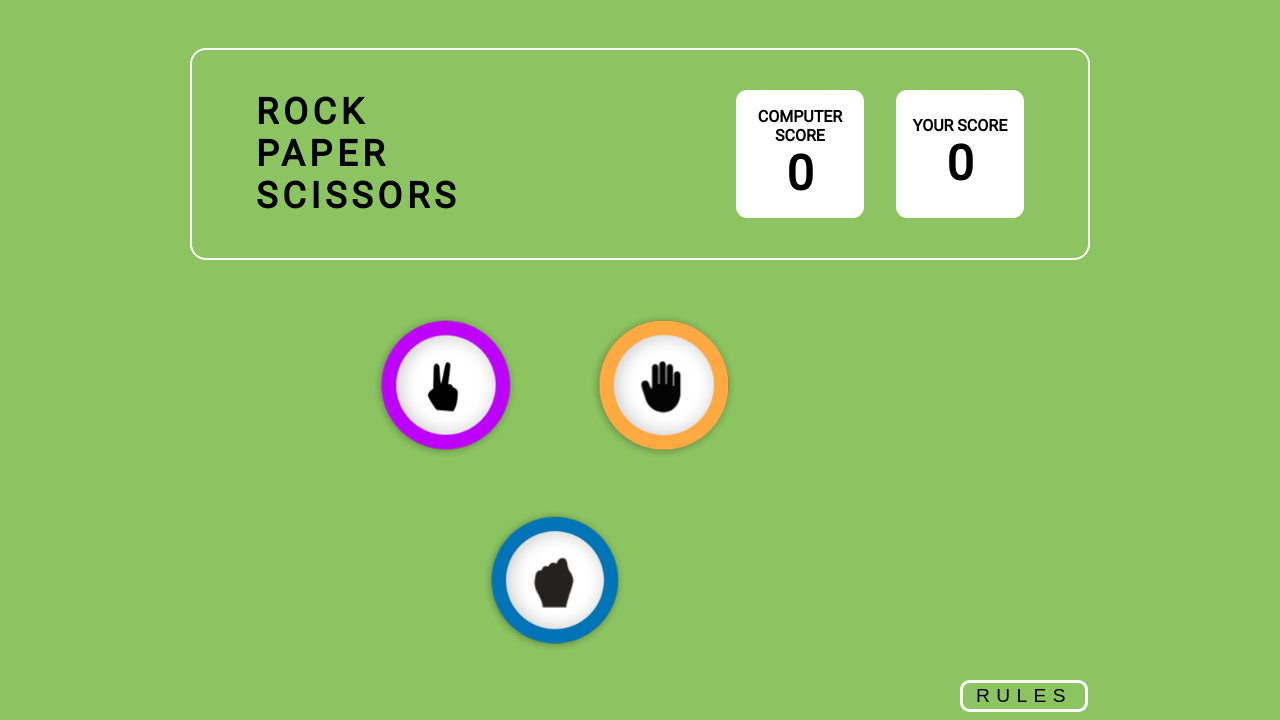
Repository: drumsmanku/Major-module-project-1
Page: index.html
The author's editor kept a copy of each file at every save. The page is drawn from the files as they stood at one save, then again after the next save.
The browser window is 1280 px wide. The pictures show the whole page.

Above is the page before, as saved 2023-04-29 22:22:02.

After the next save:
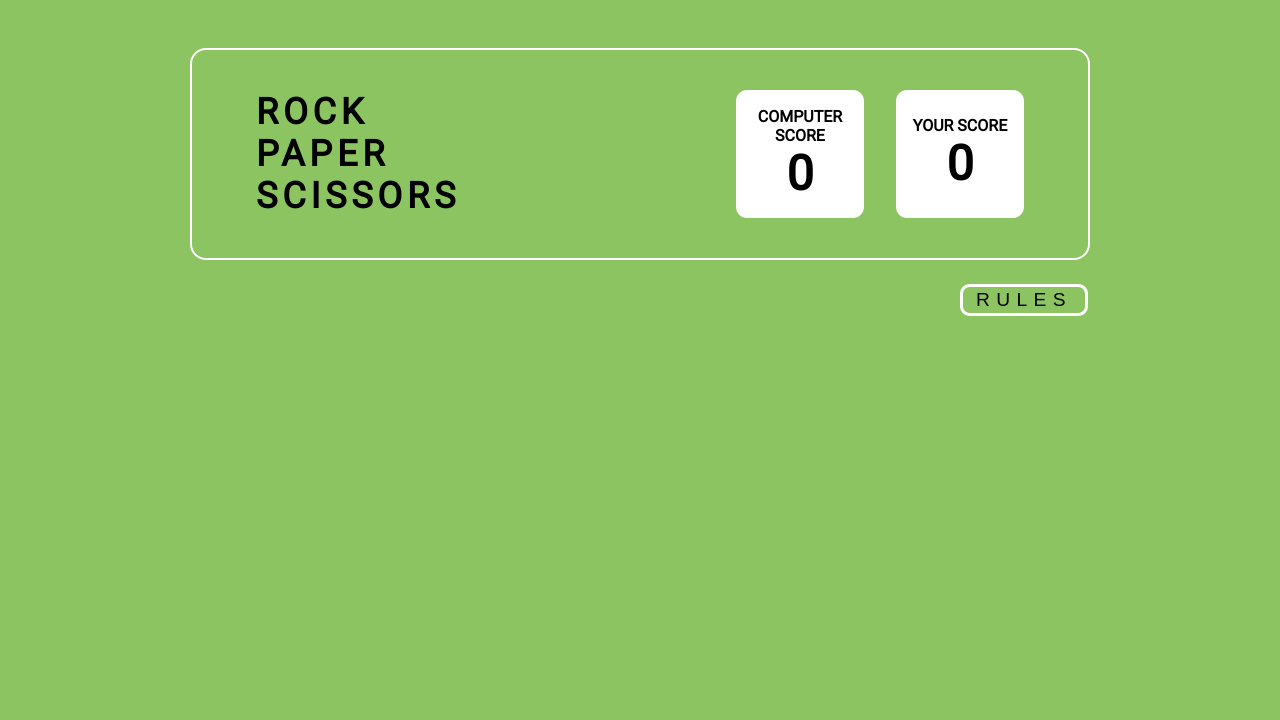
Saved 6 s later.
--- a/index.html
+++ b/index.html
@@ -27,7 +27,7 @@
     </div>
 
     <div class="second-main-container">
-      <div class="second-main-main-first-container">
+      <div class="second-main-main-first-container hide">
         <div class="second-first-main-container">
           <div class="two-buttons">
             <button class="btn-2"><img src="2.png" alt=""></button>
@@ -45,7 +45,9 @@
         </div>
 
       </div>
+       <div class="second-main-main-second-conainer">
 
+       </div>
     </div>
     <div class="bottom-btn"><button id="rule-btn">RULES</button></div>
 

After the 2 saves that followed:
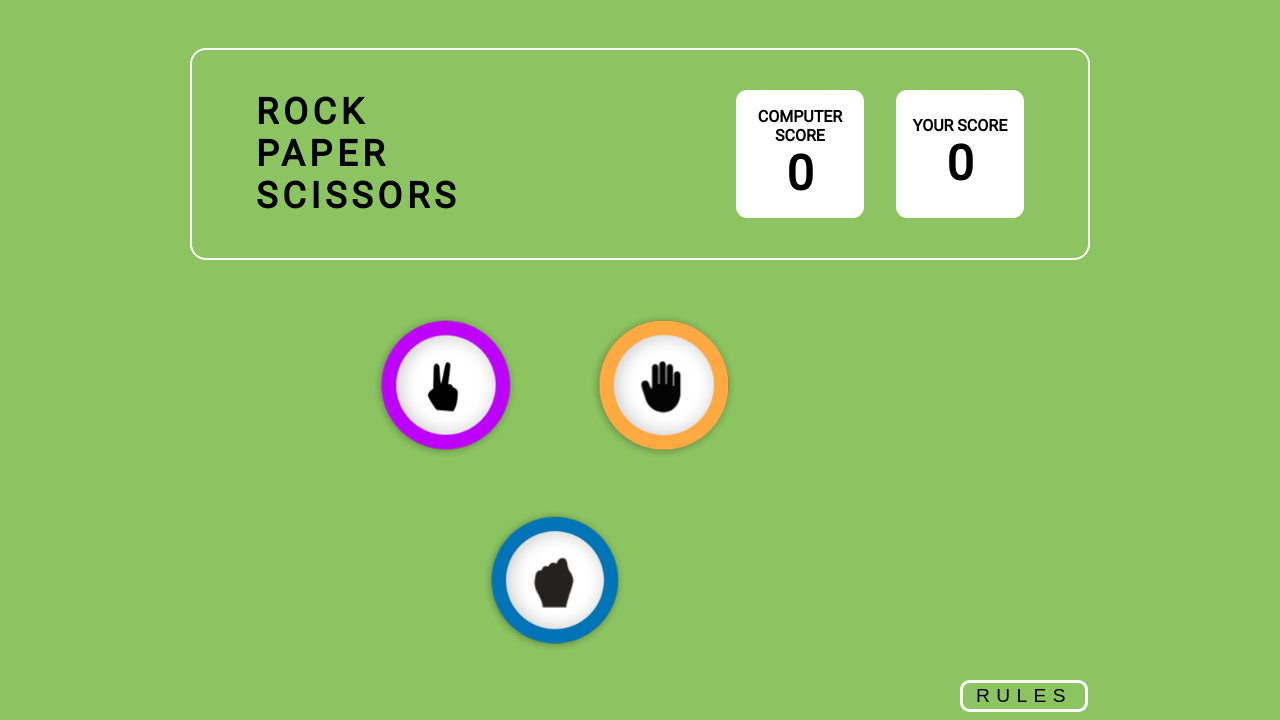
The 2 saves are shown as one change because 1 left the picture as it was.
The last was saved 2 min 12 s later.
--- a/script.js
+++ b/script.js
@@ -15,6 +15,9 @@ closebtn.addEventListener("click", ()=>{
   closebtn.classList.remove("appear");
 });
 
-function rock(){
 
+function show(){
+  const gen=document.querySelector(".second-main-main-first-container");
+  gen.classList.remove('hide');
 }
+show();
